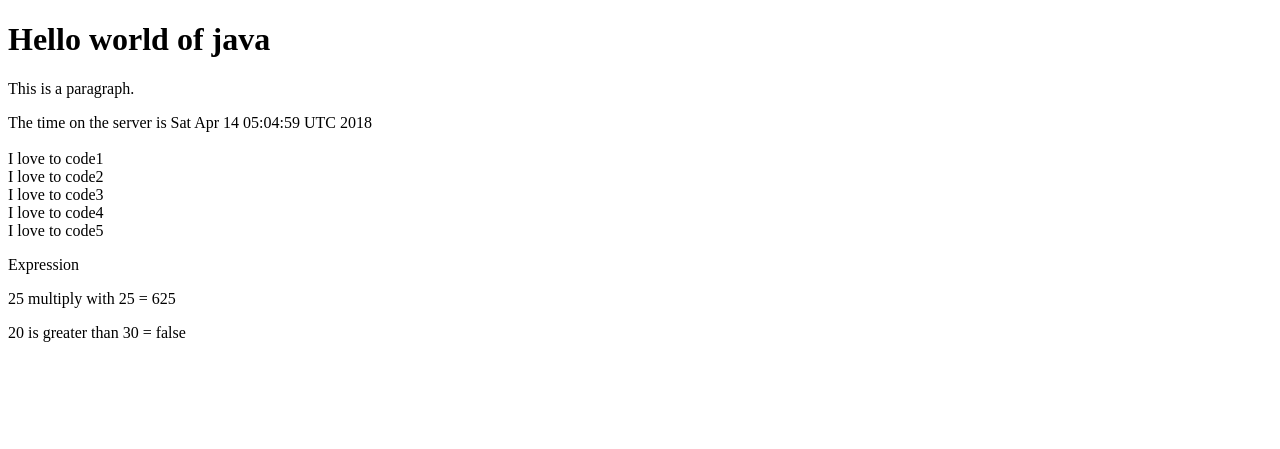
Repository: nishan1281/Java-training
Page: http://localhost/helloworld/helloworld.jsp
An editor plug-in stored every save of this project. The page is shown before and after the next save, followed by the edit.
The browser window is 1280 px wide. The pictures show the whole page.
The page is served by Tomcat 9.

Above is the page before, as saved 2018-04-14 05:32:04.

After the next save:
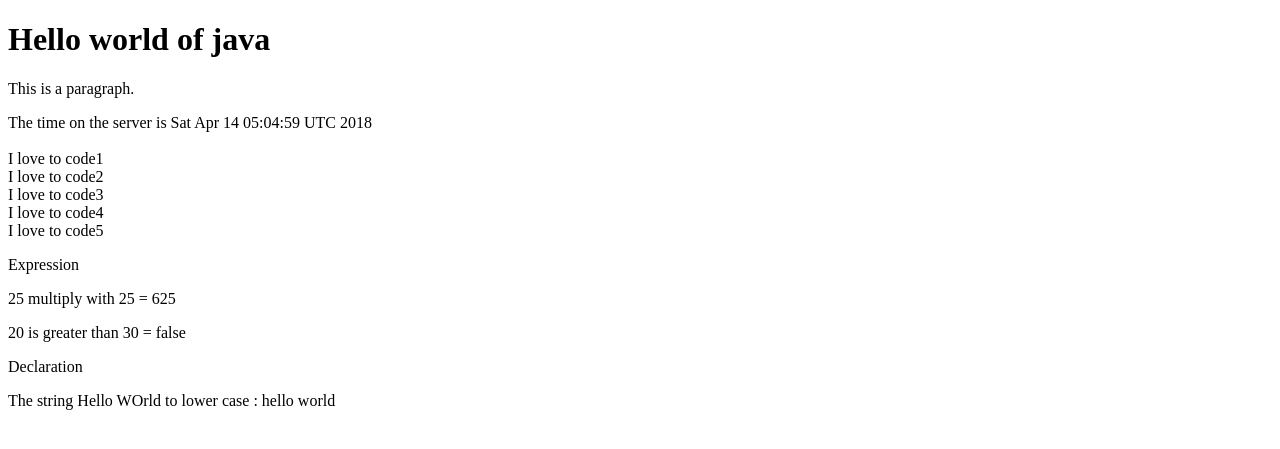
Saved 4 min 43 s later.
--- a/springProject/helloworld/WebContent/helloworld.jsp
+++ b/springProject/helloworld/WebContent/helloworld.jsp
@@ -25,7 +25,17 @@ The time on the server is <%= new java.util.Date() %>
 </div>
 
 <div>
-<p></p>
+<p> Declaration </p>
+
+<%! String makeItLower (String data)
+    {
+	  return data.toLowerCase();
+	}
+%>
+
+<p>The string Hello WOrld to lower case : <%= makeItLower("Hello World") %> </p>
+
+
 </div>
 
 
